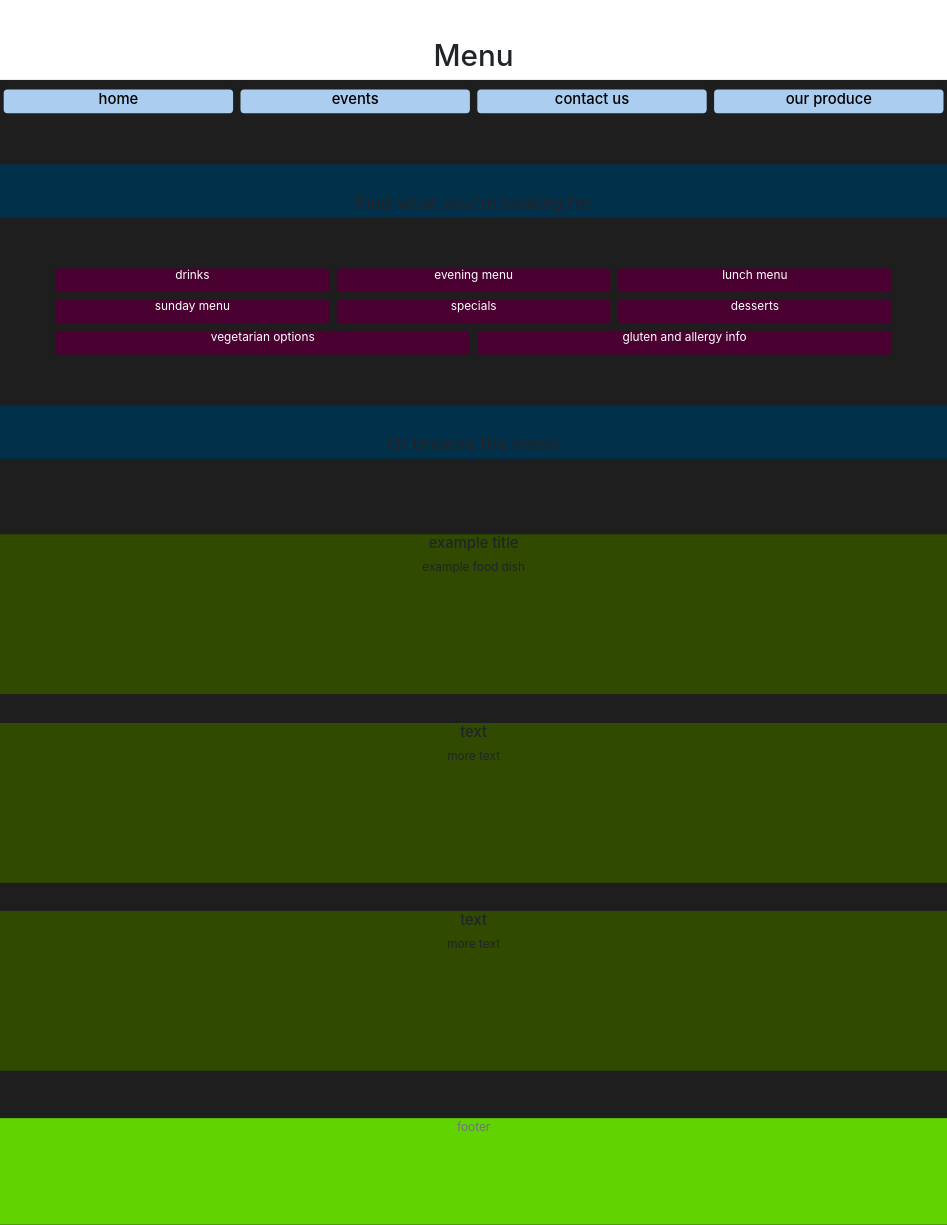
Repository: Code-Institute-Submissions/JamesLStudent-Milestone_One
Page: Assets/Menu.html
The author's editor kept a record of every edit. The page is drawn from the files as they stood at one moment, then again after the next edit.
The browser window is 1280 px wide. The pictures show the whole page, at 74% of full size.

Above is the page before.
Console error: TypeError: Cannot read properties of undefined (reading 'fn')

### Assets/Menu.html
<!DOCTYPE html>
<html lang="en">

<head>
    <meta charset="UTF-8">
    <meta name="viewport" content="width=device-width, initial-scale=1.0">
    <meta http-equiv="X-UA-Compatible" content="ie=edge">
    <title>Welcome to (whatever)</title>
    <link href="main.css" rel="stylesheet" type="text/css" />
    <link rel="stylesheet" href="https://stackpath.bootstrapcdn.com/bootstrap/4.3.1/css/bootstrap.min.css" integrity="sha384-ggOyR0iXCbMQv3Xipma34MD+dH/1fQ784/j6cY/iJTQUOhcWr7x9JvoRxT2MZw1T" crossorigin="anonymous">
    <script src="https://stackpath.bootstrapcdn.com/bootstrap/4.3.1/js/bootstrap.min.js" integrity="sha384-JjSmVgyd0p3pXB1rRibZUAYoIIy6OrQ6VrjIEaFf/nJGzIxFDsf4x0xIM+B07jRM" crossorigin="anonymous"></script>
</head>

<body class="bg">
    <h1>Menu</h1>
    <a href="Index.html">
        <div class="col-6 col-md-12 col-lg-3 a black-text"><h5>home</h5></div>
    </a>
    <a href="Events.html">
        <div class="col-6 col-md-12 col-lg-3 b black-text"><h5>events</h5></div>
    </a>
    <a href="Contacts.html">
        <div class="col-12 col-md-12 col-lg-3 c black-text"><h5>contact us</h5></div>
    </a>
    <a href="Produce.html">
        <div class="col-12 col-md-12 col-lg-3 d black-text"><h5>our produce</h5></div>
    </a>
    <div class="centerer">
        <div class="subtitle">
            <h4>Find what you're looking for</h4>
        </div>
        <div class="container">
            <div class="row">
                <div class="small-link col-4">
                    <p class="vert-align">drinks</p>
                </div>
                <div class="small-link col-4">
                    <p class="vert-align">evening menu</p>
                </div>
                <div class="small-link col-4">
                    <p class="vert-align">lunch menu</p>
                </div>
                <div class="small-link col-4">
                    <p class="vert-align">sunday menu</p>
                </div>
                <div class="small-link col-4">
                    <p class="vert-align">specials</p>
                </div>
                <div class="small-link col-4">
                    <p class="vert-align">desserts</p>
                </div>
                <div class="small-link col-6">
                    <p class="vert-align">vegetarian options</p>
                </div>
                <div class="small-link col-6">
                    <p class="vert-align">gluten and allergy info</p>
                </div>
            </div>
        </div>
        <div class="subtitle">
            <h4>Or browse the menu</h4>
        </div>
        <div class="col-12 menu-item">
            <h5>example title</h5>
            <p>example food dish</p>
        </div>
        <div class="col-12 menu-item">
            <h5>text</h5>
            <p>more text</p>
        </div>
        <div class="col-12 menu-item">
            <h5>text</h5>
            <p>more text</p>
        </div>
        <footer>
            <div class="footer">
                <p class="text-muted">footer</p>
            </div>
        </footer>
    </div>
</body>

</html>

### Assets/main.css
/*----------------- STYLES APPEARING ON EVERY PAGE -----------------*/

.bg {
    position: absolute;
    top: 0;
    left: 0;
    bottom: 0;
    right: 0;
    display: block;
    background-color: #1e1e1e;
}

h1 {
    background-color: #FFFFFF;
    text-align: center;
    height: 15%;
    padding-top: 4%;
}

.black-text {
    color: black;
}

footer {
    height: 20%;
    display: block;
    bottom: 0;
    position: relative;
}

.footer {
    display: inline-block;
    margin-top: 5%;
    width: 100%;
    height: 100%;
    background-color: #60D300;
}

.centerer {
    height: 100%;
    text-align: center;
}

/*----------------- MAIN NAV ITEMS -----------------*/

.a {
    background-color: #ABCDEF;
    float: left;
    text-align: center;
    border-radius: 10px;
    border: 5px solid #1e1e1e;
}

.b {
    background-color: #ABCDEF;
    float: left;
    text-align: center;
    border-radius: 10px;
    border: 5px solid #1e1e1e;
}

.c {
    background-color: #ABCDEF;
    float: left;
    text-align: center;
    border-radius: 10px;
    border: 5px solid #1e1e1e;
}

.d {
    background-color: #ABCDEF;
    float: left;
    text-align: center;
    border-radius: 10px;
    border: 5px solid #1e1e1e;
}

/*----------------- HOMEPAGE STYLE -----------------*/

.history {
    margin: 5% 2% 0 2%;
    display: inline-block;
    text-align: center;
    width: 96%;
    height: 50%;
    background-color: #FF7400;
}

.alt-link {
    margin: 5% 2% 0 2%;
    display: inline-block;
    text-align: center;
    width: 96%;
    height: 15%;
    background-color: #FF0000;
}

/*----------------- MENU STYLE -----------------*/

.menu-item {
    background-color: #304A00;
    height: 30%;
    margin-top: 3%;
}

.subtitle {
    padding-top: 3%;
    margin: 5% 0 5% 0;
    display: inline-block;
    width: 100%;
    height: 10%;
    background-color: #00304A
}

.small-link {
    line-height: 100%;
    display: inline-block;
    text-align: center;
    height: auto;
    background-color: #4A0030;
    border-radius: 10px;
    border: 5px solid #1e1e1e;
    color: #FFFFFF;
}

After the next edit:
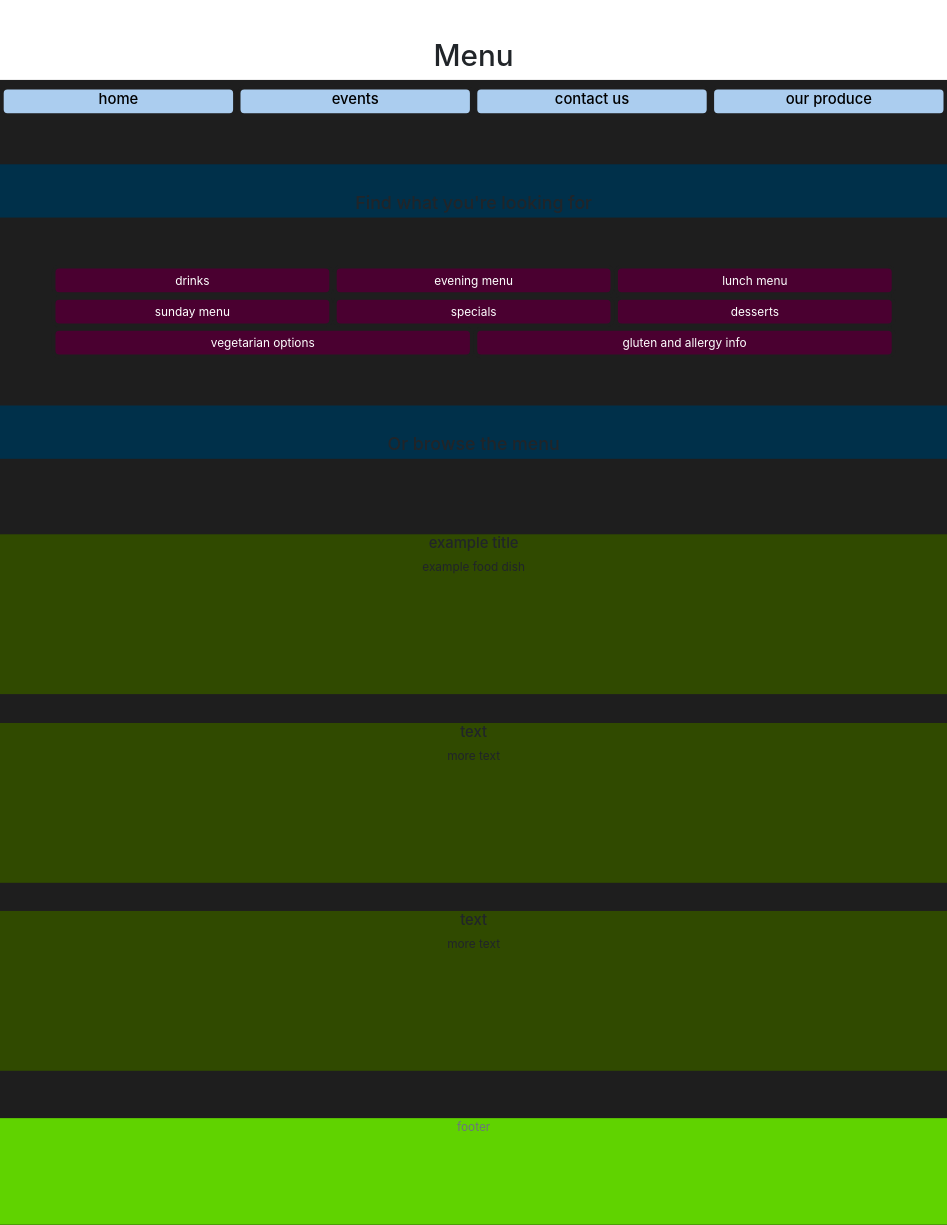
The edit:
--- a/Assets/main.css
+++ b/Assets/main.css
@@ -122,3 +122,9 @@
     border: 5px solid #1e1e1e;
     color: #FFFFFF;
 }
+
+.small-link p {
+    position: relative;
+    top: 50%;
+    transform: translateY(-50%);
+}
